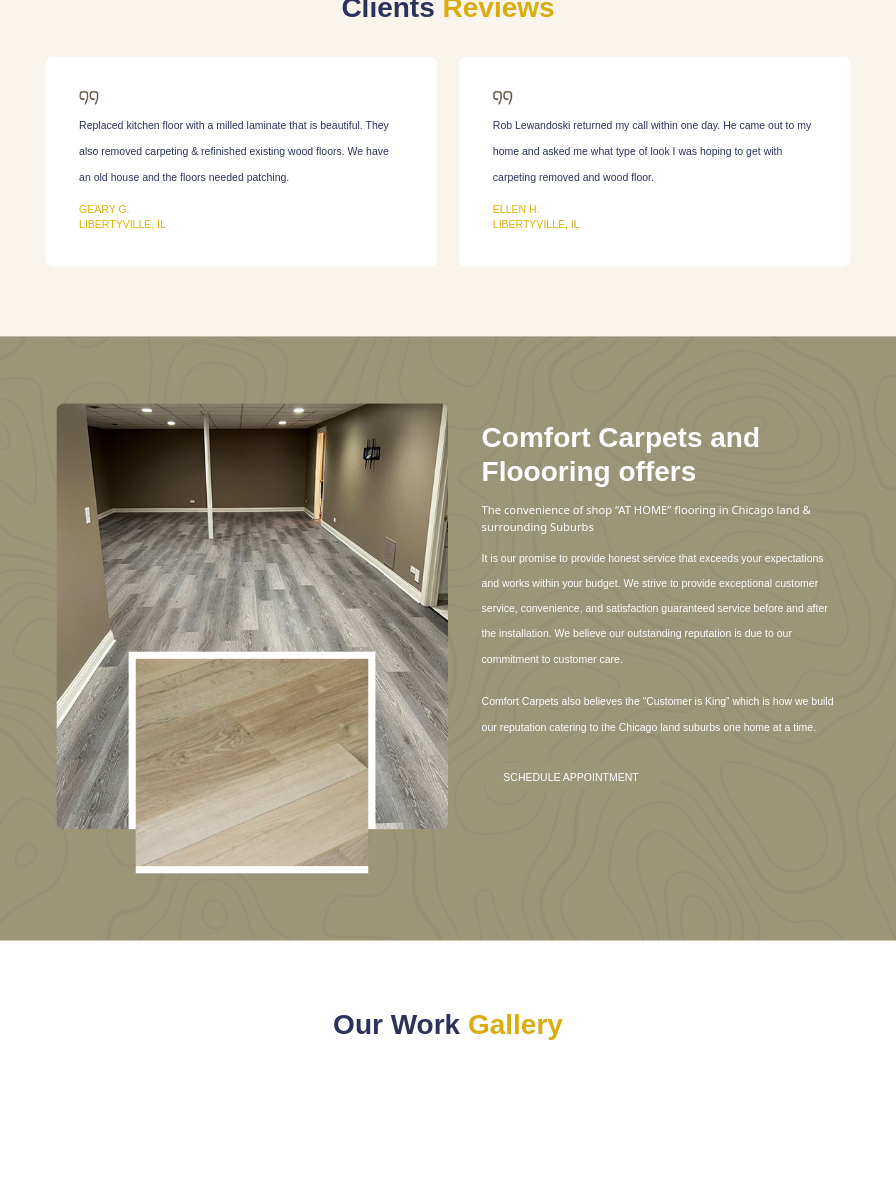
Repository: Ab-dur-Rehman/sscaseFolders
Page: index.html
An editor plug-in stored every save of this project. The page is shown before and after the next save, followed by the edit.
The browser window is 1280 px wide. The pictures show the part of the page from y = 3581 to 5501 px (the page is 5265 px tall before and 5501 px after), at 70% of full size.
Some web fonts or font styles are not loaded; a fallback is used.

Above is the page before, as saved 2022-12-26 13:53:21.

After the next save:
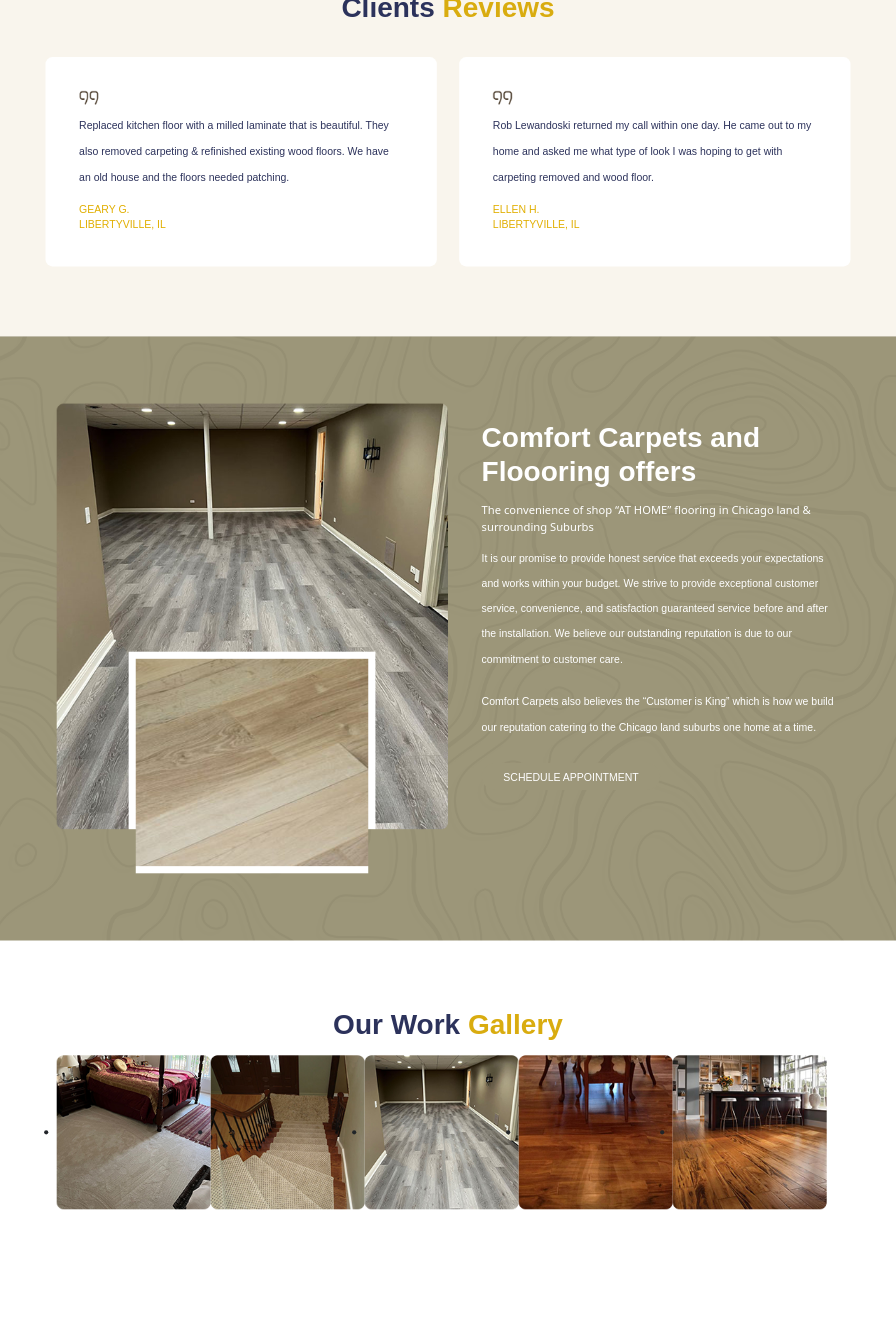
Saved 3 min 30 s later.
--- a/index.html
+++ b/index.html
@@ -233,9 +233,13 @@
         <div class="content-gallery-wrapper py-5">
           <div class="row gx-0 py-5 px-3 mx-auto main-content-2 p-text">
             <h1 class="h1 text-center">Our Work <span>Gallery</span></h1>
-            <div class="flex-row align-items-center d-md-flex">
-
-            </div>
+            <ul class="flex-row align-items-center d-md-flex">
+              <li><img src="assets/images/g1.png" alt="gallery 1"/></li>
+              <li><img src="assets/images/g2.png" alt="gallery 2"/></li>
+              <li><img src="assets/images/g3.png" alt="gallery 3"/></li>
+              <li><img src="assets/images/g4.png" alt="gallery 4"/></li>
+              <li><img src="assets/images/g5.png" alt="gallery 5"/></li>
+            </ul>
           </div>
         </div>
       </content>
